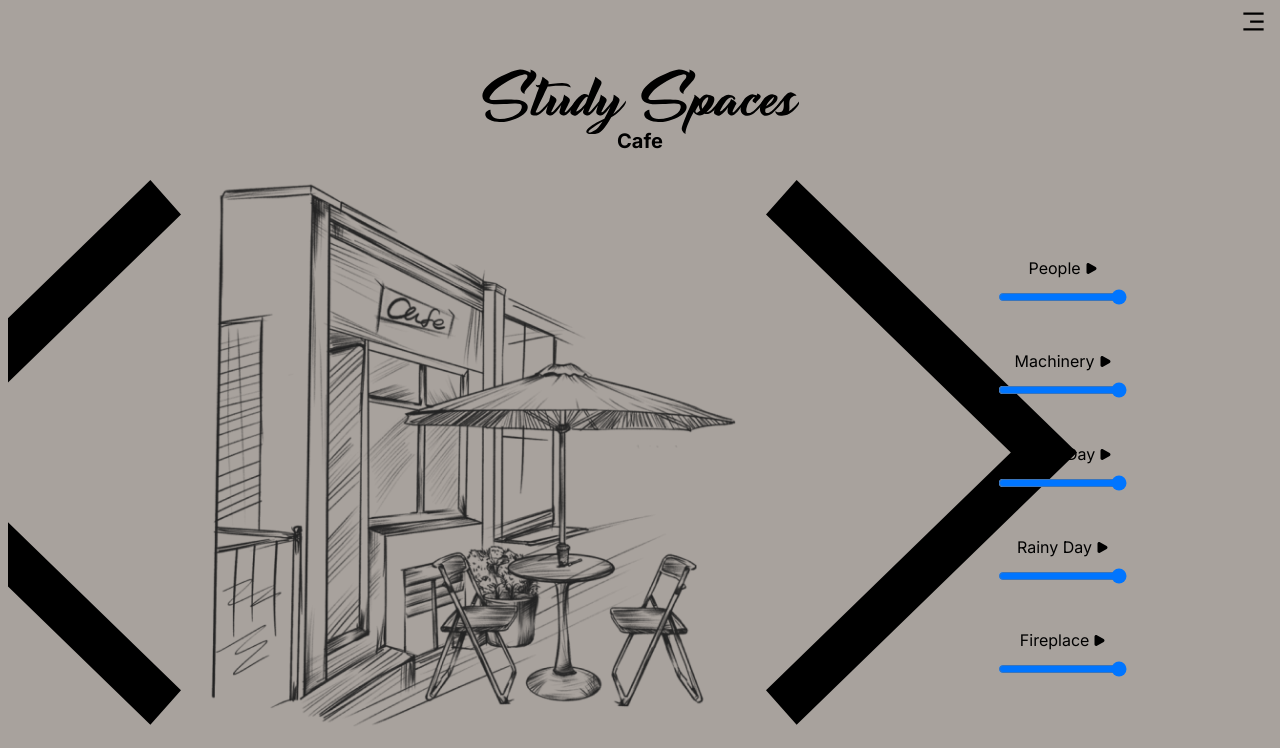
Repository: kaitlynlie/studyspaces
Page: / (app in studyspaces/)
These files come from the project's save history. The page is drawn as it stood at one moment and after the next save; the edit follows.
The browser window is 1280 px wide. The pictures show the whole page.
The project was rebuilt for these pictures with package versions that can differ from the ones it lists, and the page was loaded fresh each time. Also part of the build but not shown: studyspaces/vite.config.ts. Imported but missing from the stored project, and not drawn on this page: studyspaces/src/audio/fireplace.wav, studyspaces/src/audio/people.wav, studyspaces/src/audio/rain.wav, studyspaces/src/audio/softmachinery.mp3, studyspaces/src/audio/sun.wav.

Above is the page before, as saved 2023-09-28 11:02:36.

### studyspaces/index.html
<!DOCTYPE html>
<html lang="en">
  <head>
    <meta charset="UTF-8" />
    <link rel="icon" type="image/svg+xml" href="/vite.svg" />
    <meta name="viewport" content="width=device-width, initial-scale=1.0" />
    <title>Study Spaces</title>
  </head>
  <body>
    <div id="root"></div>
    <script type="module" src="/src/main.tsx"></script>
  </body>
</html>

### studyspaces/src/main.tsx
import React from 'react'
import ReactDOM from 'react-dom/client'
import App from './App'
import './index.scss'
import { BrowserRouter } from 'react-router-dom'

ReactDOM.createRoot(document.getElementById('root')!).render(
  <BrowserRouter>
    <App />
  </BrowserRouter>,
)

### studyspaces/src/App.tsx
import clsx from "clsx";
import { Route, Routes } from 'react-router-dom'
import React from "react";
import { Home } from "./pages/Home";
import { Navbar } from "./pages";

function App() {
  return (
    <>
      <div className={clsx("app", "w-full overflow-hidden")}>
          {/* <img
            src={tracks}
            alt='tracks'
            className={clsx(styles.tracks)}
          />  */}
        <Navbar />
        <Routes>
          <Route index path="/" element={<Home />} />
          {/* <Route path="about" element={<About />} />
          <Route path="membership" element={<Membership />} />
          <Route path="faq" element={<FAQ />} />
          <Route path="blog" element={<Blog />} />
          <Route path="careers" element={<Careers />} />
          <Route path='blog2' element={<Blog2 />} /> */}
      </Routes>
      </div>
    </>
  )
  }

export default App;

### studyspaces/src/index.scss
@import url("https://fonts.googleapis.com/css2?family=Inter:wght@400;500;600;700;800;900&display=swap");
// @import "./style/globals/general.scss";

@tailwind base;
@tailwind components;
@tailwind utilities;

:root {
  font-family: Inter;
  overflow-x: hidden;
}

@keyframes jump {
  0%, 100% {
    transform: translateY(0);
  }
  50% {
    transform: translateY(-20px);
  }
}

.jumping-word {
  display: inline-block;
  animation: jump 1s infinite;
}

### studyspaces/src/pages/Home.tsx
import styles from "./home.module.scss";
import clsx from "clsx";
import { title, coffee, leftarrow, rightarrow, play, pause } from "../assets";
import React, { ChangeEvent, useState, useRef } from 'react';
import { people, machinery, sunny, rainy, fire } from "../audio";

export function Home() {
  const [sliderValues, setSliderValues] = useState({
    peopleVolumeSlider: 1,
    machVolumeSlider: 1,
    sunnyVolumeSlider: 1,
    rainyVolumeSlider: 1,
    fireVolumeSlider: 1,
  });

  const handleSliderChange = (event: ChangeEvent<HTMLInputElement>) => {
    const { id, value } = event.target;
    setSliderValues((prevValues) => ({
      ...prevValues,
      [id]: parseFloat(value),
    }));
  };

  const [isPlaying, setIsPlaying] = useState<AudioState>({});

  interface AudioState {
    [key: string]: boolean;
  }

  const handlePlayButtonClick = (audioId: string) => {
    setIsPlaying((prevState) => ({
      ...prevState,
      [audioId]: !prevState[audioId] || !prevState[audioId],
    }));
  };

  return (
    <div className={clsx(styles.body)}>
        <section className={clsx(styles.home)}>
            <img src={title} className={clsx(styles.title)}/>
            <h4>Cafe</h4>
            <div className={clsx(styles.content)}>
              <div className={clsx(styles.hero)}>
                <img id="leftArrow" src={leftarrow} />
                <img src={coffee} className={clsx(styles.coffee)} />
                <img id="rightArrow" src={rightarrow} />
              </div>

              <div className={clsx(styles.audiolist)}>
                <div className={clsx(styles.audio)}>
                  <div className={clsx(styles.title)}>
                    <p>People</p>
                    <img
                      src={play}
                      width="11"
                      height="11"
                      id="peoplePlayButton"
                      onClick={() => handlePlayButtonClick("peopleAudioPlayer")}                    />
                  </div>
                  <audio id="peopleAudioPlayer">
                    <source src={people} type="audio/wav" />
                  </audio>
                  <input
                    type="range"
                    id="peopleVolumeSlider"
                    min={0}
                    max={1}
                    step={0.1}
                    value={sliderValues.peopleVolumeSlider}
                    onChange={handleSliderChange}
                  />
                </div>

                <div className={clsx(styles.audio)}>
                  <div className={clsx(styles.title)}>
                    <p>Machinery</p>
                    <img
                      src={play}
                      width="11"
                      height="11"
                      id="machPlayButton"
                      onClick={() => handlePlayButtonClick("machAudioPlayer")}
                    />
                  </div>
                  <audio id="machAudioPlayer">
                    <source src={machinery} type="audio/mp3" />
                  </audio>
                  <input
                    type="range"
                    id="machVolumeSlider"
                    min={0}
                    max={1}
                    step={0.1}
                    value={sliderValues.machVolumeSlider}
                    onChange={handleSliderChange}
                  />
                </div>

                <div className={clsx(styles.audio)}>
                  <div className={clsx(styles.title)}>
                    <p>Sunny Day</p>
                    <img
                      src={play}
                      width="11"
                      height="11"
                      id="sunnyPlayButton"
                      onClick={() => handlePlayButtonClick("sunnyAudioPlayer")}
                    />
                  </div>
                  <audio id="sunnyAudioPlayer">
                    <source src={sunny} type="audio/wav" />
                  </audio>
                  <input
                    type="range"
                    id="sunnyVolumeSlider"
                    min={0}
                    max={1}
                    step={0.1}
                    value={sliderValues.sunnyVolumeSlider}
                    onChange={handleSliderChange}
                  />
                </div>

                <div className={clsx(styles.audio)}>
                  <div className={clsx(styles.title)}>
                    <p>Rainy Day</p>
                    <img
                      src={play}
                      width="11"
                      height="11"
                      id="rainyPlayButton"
                      onClick={() => handlePlayButtonClick("rainyAudioPlayer")}
                    />
                  </div>
                  <audio id="rainyAudioPlayer">
                    <source src={rainy} type="audio/wav" />
                  </audio>
                  <input
                    type="range"
                    id="rainyVolumeSlider"
                    min={0}
                    max={1}
                    step={0.1}
                    value={sliderValues.rainyVolumeSlider}
                    onChange={handleSliderChange}
                  />
                </div>

                <div className={clsx(styles.audio)}>
                  <div className={clsx(styles.title)}>
                    <p>Fireplace</p>
                    <img
                      src={play}
                      width="11"
                      height="11"
                      id="firePlayButton"
                      onClick={() => handlePlayButtonClick("fireAudioPlayer")}
                    />
                  </div>
                  <audio id="fireAudioPlayer">
                    <source src={fire} type="audio/wav" />
                  </audio>
                  <input
                    type="range"
                    id="fireVolumeSlider"
                    min={0}
                    max={1}
                    step={0.1}
                    value={sliderValues.fireVolumeSlider}
                    onChange={handleSliderChange}
                  />
                </div>
              </div>
            </div>
        </section>
    </div>
  );
}

### studyspaces/src/pages/index.ts
import Navbar from "./Navbar";

export {
    Navbar
}

### studyspaces/src/assets/index.ts
import title from './title.svg'
import coffee from './coffee.png'
import leftarrow from './leftarrow.svg'
import rightarrow from './rightarrow.svg'
import play from './play.svg'
import pause from './pause.svg'

export {
    title,
    coffee,
    leftarrow,
    rightarrow,
    play,
    pause
}

### studyspaces/src/audio/index.ts
import people from './people.wav'
import machinery from './softmachinery.mp3'
import sunny from './sun.wav'
import rainy from './rain.wav'
import fire from './fireplace.wav'

export {
    people,
    machinery,
    sunny,
    rainy,
    fire
}

### studyspaces/src/pages/Navbar.tsx
import React from 'react'
import styles from './Navbar.module.scss'
import clsx from 'clsx'
import { title } from '../assets'
import { Link } from 'react-router-dom'
import { useState } from 'react'
import { RiMenu3Line, RiCloseLine } from 'react-icons/ri';

const Navbar = () => {
  const [toggleMenu, setToggleMenu] = useState(false);
  const [nav, setNav] = useState(false);

  const openNav = () => {
    setNav(!nav);
  };

  return (
    <nav className={clsx(styles.navbar)}>
    {/* <div className={clsx(styles.bar)}>
      <ul className={clsx(styles.components)}>
        <Link onClick={openNav} to='/'><li><a>Home</a></li></Link>
        <Link onClick={openNav} to='/about'><li><a>About</a></li></Link>
        <Link onClick={openNav} to='/membership'><li><a>To-Do</a></li></Link>
        <Link onClick={openNav} to='/faq'><li><a>Timer</a></li></Link>
      </ul>
    </div> */}

    {/* <div className={clsx(styles.signin)}>
      <p>Sign In</p>
      <button
        type="button"
        className={clsx(styles.button)}>
        Register
      </button>
    </div> */}

    <div className={clsx(styles.toggle)}>
        {toggleMenu
          ? <RiCloseLine color="#000" size={27} onClick={() => setToggleMenu(false)} />
          : <RiMenu3Line color="#000" size={27} onClick={() => setToggleMenu(true)} />}
        {toggleMenu && (
        <div className={clsx(styles.box)}>
          <div className="none">
            <ul className={clsx(styles.dropdown)}>
            <Link onClick={openNav} to='/'><li><a>Home</a></li></Link>
            <Link onClick={openNav} to='/about'><li><a>About</a></li></Link>
            <Link onClick={openNav} to='/membership'><li><a>Todo</a></li></Link>
            <Link onClick={openNav} to='/faq'><li><a>Timer</a></li></Link>
            </ul>
          </div>
        </div>
        )}
        </div>
  </nav>
  )
}

export default Navbar

### studyspaces/src/pages/Navbar.module.scss
nav.navbar {
    display: flex;
    flex-direction: row;
    align-items: center;
    justify-content: flex-end;
    z-index: 10;
    .components {
      display: flex;
      flex-direction: row;
      gap: 30px;
      font-size: 20px;
      font-weight: 500;
      line-height: 130%;
      z-index: 10;
      cursor: pointer;
      margin-right: 30px;
      a {
        z-index: 10;
        list-style-type: none;
        text-decoration: none;
        color: inherit;
      }
      @media (max-width: 1156px) {
        display: none;
      }
    }
    .signin {
      display: flex;
      flex-direction: row;
      align-items: center;
      gap: 10px;
      font-size: 20px;
      font-weight: 500;
      line-height: 130%;
      z-index: 10;
      cursor: pointer;
      @media (max-width: 1156px) {
        display: none;
      }
      .button {
        border-radius: 5px;
        background: #184171;
        width: 150px;
        height: 49px;
        color: white;
        margin-right: 5px;
        z-index: 10;
      }
    }
    .toggle {
      position: relative;
      cursor: pointer;
      z-index: 10;
      margin-left: 20px;
      margin-right: 5px;
      .box {
        display: flex;
        justify-content: flex-end;
        align-items: flex-end;
        flex-direction: column;
        text-align: end;
        background-color: #ffffffc9;
        padding: 30px;
        position: absolute;
        top: 40px;
        right: 10px;
        border-radius: 5px;
        box-shadow: 0 10px 20px 0 rgba(0,0,0,0.5);
        z-index: 10;
        .dropdown {
          display: flex;
          justify-content: flex-end;
          align-items: flex-end;
          flex-direction: column;
          color: white;
          text-align: end;
          padding: 1px;
          li {
            margin-top: 8px;
            list-style-type: none;
            text-decoration: none;
            color: black;
          }
        }
      }
    }
  }

Loaded but not shown: studyspaces/src/pages/home.module.scss (215 lines, source omitted)

After the next save:
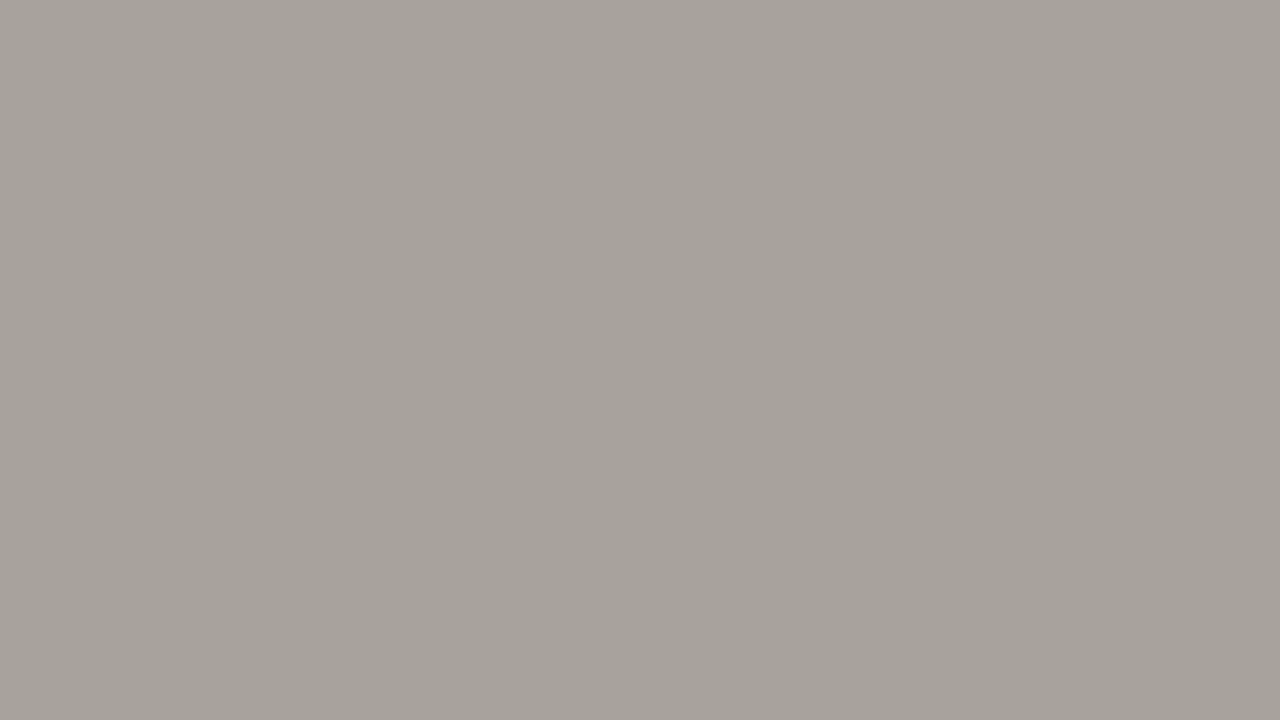
Console error: ReferenceError: toggleMenu is not defined
Saved 33 s later.
--- a/studyspaces/src/pages/Home.tsx
+++ b/studyspaces/src/pages/Home.tsx
@@ -38,6 +38,23 @@
     <div className={clsx(styles.body)}>
         <section className={clsx(styles.home)}>
             <img src={title} className={clsx(styles.title)}/>
+            <div className={clsx(styles.toggle)}>
+        {toggleMenu
+          ? <RiCloseLine color="#000" size={27} onClick={() => setToggleMenu(false)} />
+          : <RiMenu3Line color="#000" size={27} onClick={() => setToggleMenu(true)} />}
+        {toggleMenu && (
+        <div className={clsx(styles.box)}>
+          <div className="none">
+            <ul className={clsx(styles.dropdown)}>
+            <Link onClick={openNav} to='/'><li><a>Home</a></li></Link>
+            <Link onClick={openNav} to='/about'><li><a>About</a></li></Link>
+            <Link onClick={openNav} to='/membership'><li><a>Todo</a></li></Link>
+            <Link onClick={openNav} to='/faq'><li><a>Timer</a></li></Link>
+            </ul>
+          </div>
+        </div>
+        )}
+        </div>
             <h4>Cafe</h4>
             <div className={clsx(styles.content)}>
               <div className={clsx(styles.hero)}>

After the 2 saves that followed:
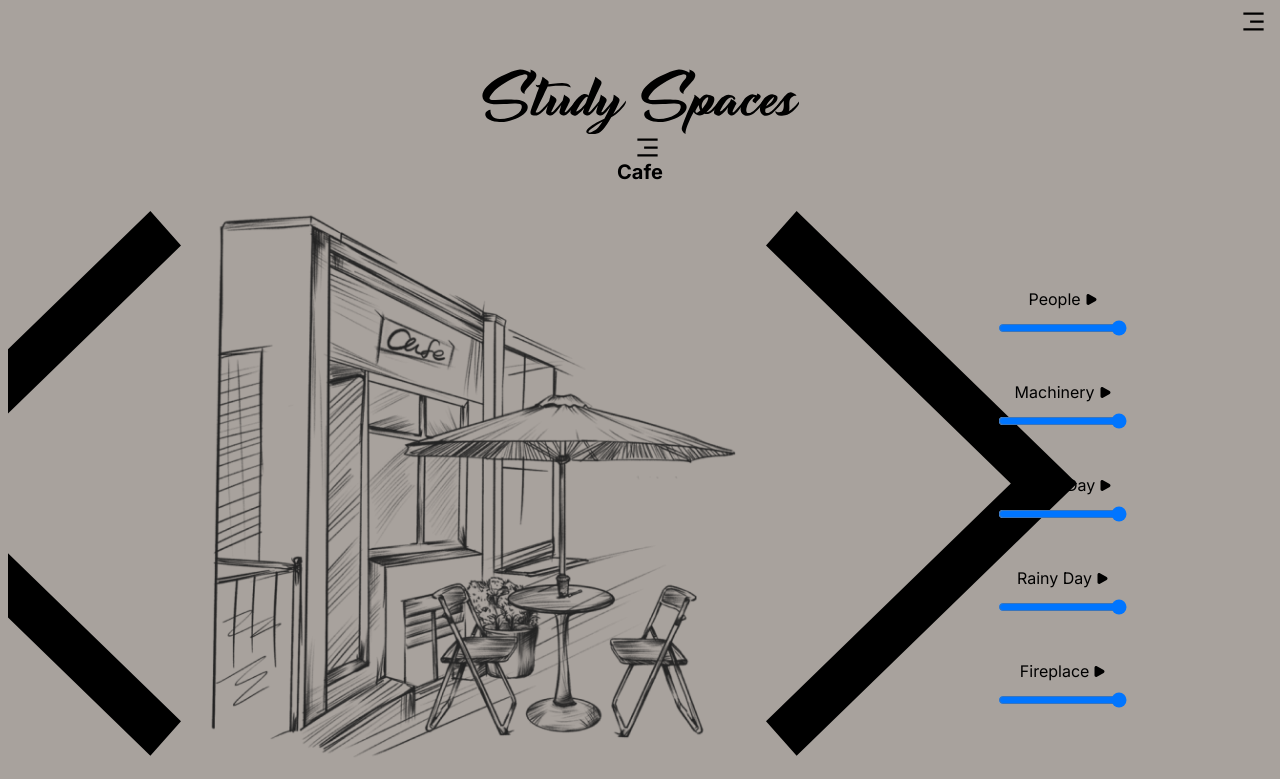
The error is gone.
The 2 saves are shown as one change because they came seconds apart.
The last was saved 22 s later.
--- a/studyspaces/src/pages/Home.tsx
+++ b/studyspaces/src/pages/Home.tsx
@@ -3,6 +3,7 @@
 import { title, coffee, leftarrow, rightarrow, play, pause } from "../assets";
 import React, { ChangeEvent, useState, useRef } from 'react';
 import { people, machinery, sunny, rainy, fire } from "../audio";
+import { Navbar } from ".";
 
 export function Home() {
   const [sliderValues, setSliderValues] = useState({
@@ -38,23 +39,7 @@
     <div className={clsx(styles.body)}>
         <section className={clsx(styles.home)}>
             <img src={title} className={clsx(styles.title)}/>
-            <div className={clsx(styles.toggle)}>
-        {toggleMenu
-          ? <RiCloseLine color="#000" size={27} onClick={() => setToggleMenu(false)} />
-          : <RiMenu3Line color="#000" size={27} onClick={() => setToggleMenu(true)} />}
-        {toggleMenu && (
-        <div className={clsx(styles.box)}>
-          <div className="none">
-            <ul className={clsx(styles.dropdown)}>
-            <Link onClick={openNav} to='/'><li><a>Home</a></li></Link>
-            <Link onClick={openNav} to='/about'><li><a>About</a></li></Link>
-            <Link onClick={openNav} to='/membership'><li><a>Todo</a></li></Link>
-            <Link onClick={openNav} to='/faq'><li><a>Timer</a></li></Link>
-            </ul>
-          </div>
-        </div>
-        )}
-        </div>
+            <Navbar />
             <h4>Cafe</h4>
             <div className={clsx(styles.content)}>
               <div className={clsx(styles.hero)}>
